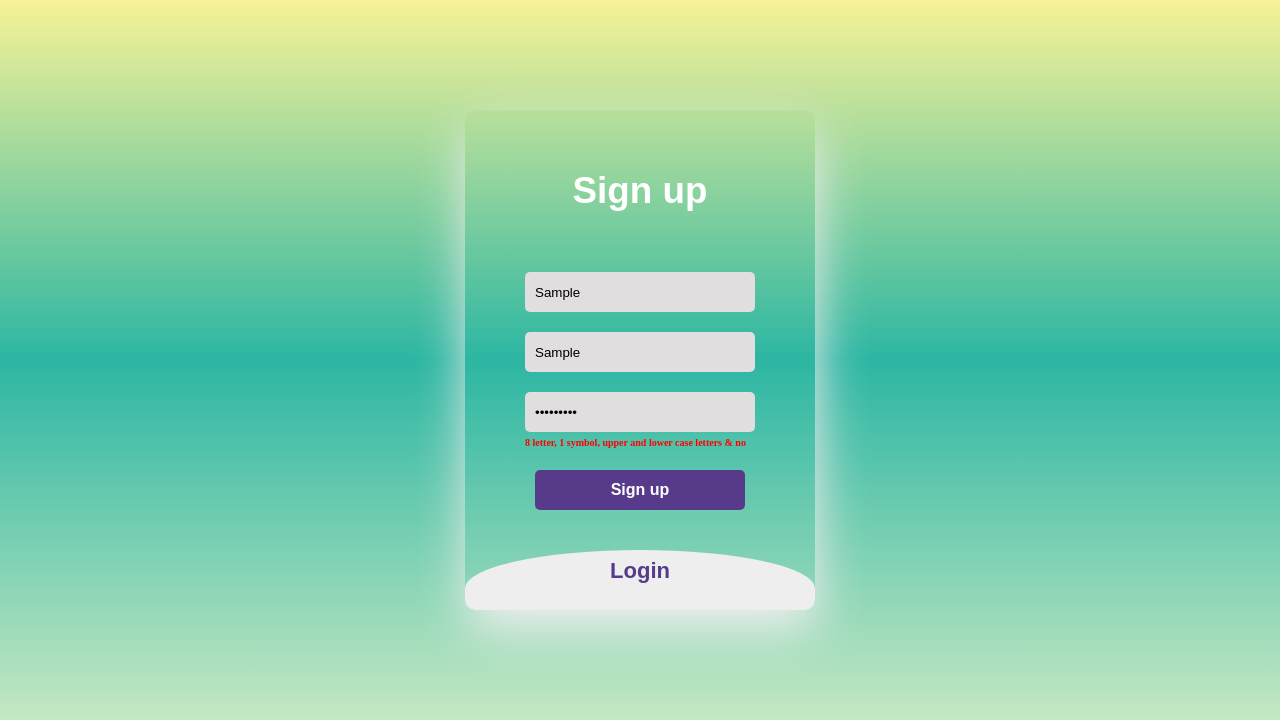
Repository: Puttaz/Kicks
Page: loginForm.html
The author's editor kept a copy of each file at every save. The page is drawn from the files as they stood at one save, then again after the next save.
The browser window is 1280 px wide. The pictures show the whole page.
Empty fields were first filled with sample values (such as "Sample", 5 or name@example.com).
After loading, the first visible `form` was submitted once.

Above is the page before, as saved 2023-04-13 13:45:12.

### loginForm.html
<!DOCTYPE html>
<html>
<head>
	<title>Kicks</title>
  <link rel="stylesheet" href="css/loginForm.css" />
  <!-- Linking jQuery File on a CDN Server with Google CDN -->
  <script src="https://ajax.googleapis.com/ajax/libs/jquery/3.3.1/jquery.min.js"></script>
  <script src="js/loginForm.js"></script>

</head>
<body>
	<div class="main">
		<input type="checkbox" id="check" aria-hidden="true">
			<div class="signup">
				<form onsubmit=" validateSignUpform(this); return false">
					<label for="check" aria-hidden="true">Sign up</label>
					<input type="text" name="userName" id ="userName" placeholder="User name" >
					<input type="text" name="email" id ="emailSign" placeholder="Email">
					<input type="password" name="password" id ="passwordSign" placeholder="Password">
					<button type="submit">Sign up</button>
				</form>
			</div>
			<div class="login">
				<form onsubmit=" validateform(this); return false" action="" method="get">
					<label for="check" aria-hidden="true">Login</label>
					<input type="text" name="email"  id="email" placeholder="Email" >
          <input type="password" name="password" id ="password" placeholder="Password">
					<button type="submit">Login</button>
				</form>
			</div>
	</div>
</body>
</html>

### css/loginForm.css
body{
	margin: 0;
	padding: 0;
	display: flex;
	justify-content: center;
	align-items: center;
	min-height: 100vh;
	font-family: 'Jost', sans-serif;
	background: linear-gradient(to bottom,#f7f297, #2cb6a3, #C4E8C2);
}
.main {
	width: 350px;
	height: 500px;
	overflow: hidden;
	border-radius: 10px;
	box-shadow: 2px 20px 50px #f3efef;
}
#check {
	display: none;
}
.signup {
	position: relative;
	width:100%;
	height: 100%;
}
label{
	color: #fff;
	font-size: 2.3em;
	justify-content: center;
	display: flex;
	margin: 60px;
	font-weight: bold;
	cursor: pointer;
	transition: .5s ease-in-out;
}
input{
	width: 60%;
	height: 20px;
	background: #e0dede;
	justify-content: center;
	display: flex;
	margin: 20px auto;
	padding: 10px;
	border: none;
	outline: none;
	border-radius: 5px;
}
button{
	width: 60%;
	height: 40px;
	margin: 10px auto;
	justify-content: center;
	display: block;
	color: #fff;
	background: #573b8a;
	font-size: 1em;
	font-weight: bold;
	margin-top: 20px;
	outline: none;
	border: none;
	border-radius: 5px;
	transition: .2s ease-in;
	cursor: pointer;
}
button:hover{
	background: #6d44b8;
}
.login{
	height: 460px;
	background: #eee;
	border-radius: 60% / 10%;
	transform: translateY(-180px);
	transition: .8s ease-in-out;
}
.login label{
	color: #573b8a;
	transform: scale(.6);
}

#check:checked ~ .login{
	transform: translateY(-500px);
}
#check:checked ~ .login label{
	transform: scale(1);
}
#check:checked ~ .signup label{
	transform: scale(.6);
}

span{
  font: bold 10px 'Bitter', serif;
  color: red;
  margin: 60px;
}

### js/loginForm.js


function validateSignUpform(){

   // For printing the error messages
  // $(":text").next().text("*");


 $(":password").after("<span></span>");
 // Created different regex for each label
console.log(localStorage);
 var emailCheck = false;
 var passCheck = false;
console.log(emailCheck);
 var userName = $("#userName").val();

 var charPattern = /^[A-Za-z]+$/;
 if (userName == "") {
   document.getElementById("userName").style.margin = "60px 20px 0px 60px";
   $(":text").after("<span></span>");
   $("#userName").next().text(" This field is required.");

 } else if (!charPattern.test(userName)) {
   document.getElementById("userName").style.margin = "60px 20px 0px 60px";
   $(":text").after("<span></span>");
   $("#userName").next().text("Only characters allowed.");

 } else {

 }

 // Email Label
 var emailPattern = /\b[A-Za-z0-9._%+-]+@[A-Za-z0-9.-]+\.[A-Za-z]{2,4}\b/;

 var email = $("#emailSign").val();

//  console.log(email);
 //Checking if field is empty
 if (email == "") {
   document.getElementById("emailSign").style.margin = "20px 60px 0px 60px";
   $("#emailSign").next().text(" This field is required.");
   }
  // Checking if entered email matches the regex pattern
 else if (!emailPattern.test(email)) {
   document.getElementById("emailSign").style.margin = "20px 60px 0px 60px";
   $("#emailSign").next().text(" Must be a valid email address.");

 } else
 {
     emailCheck = true;
 }

 var passwordPattern = /^(?=.*\d)(?=.*[!@#$%^&*])(?=.*[a-z])(?=.*[A-Z]).{8,}$/;

 var password = $("#passwordSign").val();

 if (password == "") {
   document.getElementById("passwordSign").style.margin = "20px 60px 0px 60px";
   $("#passwordSign").next().text(" This field is required.");

 }
  // Checking if entered email matches the regex pattern
 else if (!passwordPattern.test(password)) {

   document.getElementById("passwordSign").style.margin = "20px 60px 0px 60px";
   $("#passwordSign").next().text("8 letter, 1 symbol, upper and lower case letters & no");

 } else
 {
       passCheck = true;
 }


    if(emailCheck == true && passCheck == true)
    {
    localStorage.setItem(email, password);
    console.log(localStorage);
    location.replace("index.html");
    }

}

function validateform() {


// var keys = ["one", "two", "three"];
// var values = [1, 2, 3];

// var map = new Map();

 // Loop to insert key & value in this object one by one

//  for(var i = 0; i < keys.length; i++){
//     map.set(keys[i], values[i]);
// }

// map.set("user",2);
// console.log(map);

// console.log(map.get('one'));

  // For printing the error messages
  // $(":text").next().text("*");
  // $(":text").after("<span>*</span>");
  $(":password").after("<span></span>");
  // Created different regex for each label

  var email = $("#email").val();
  var password = $("#password").val();


  if(password == localStorage.getItem(email)){
    console.log("yes");
    location.replace("index.html");
  }
  else{
    $("#password").next().text("Invalid email or password.");
  }





}

After the next save:
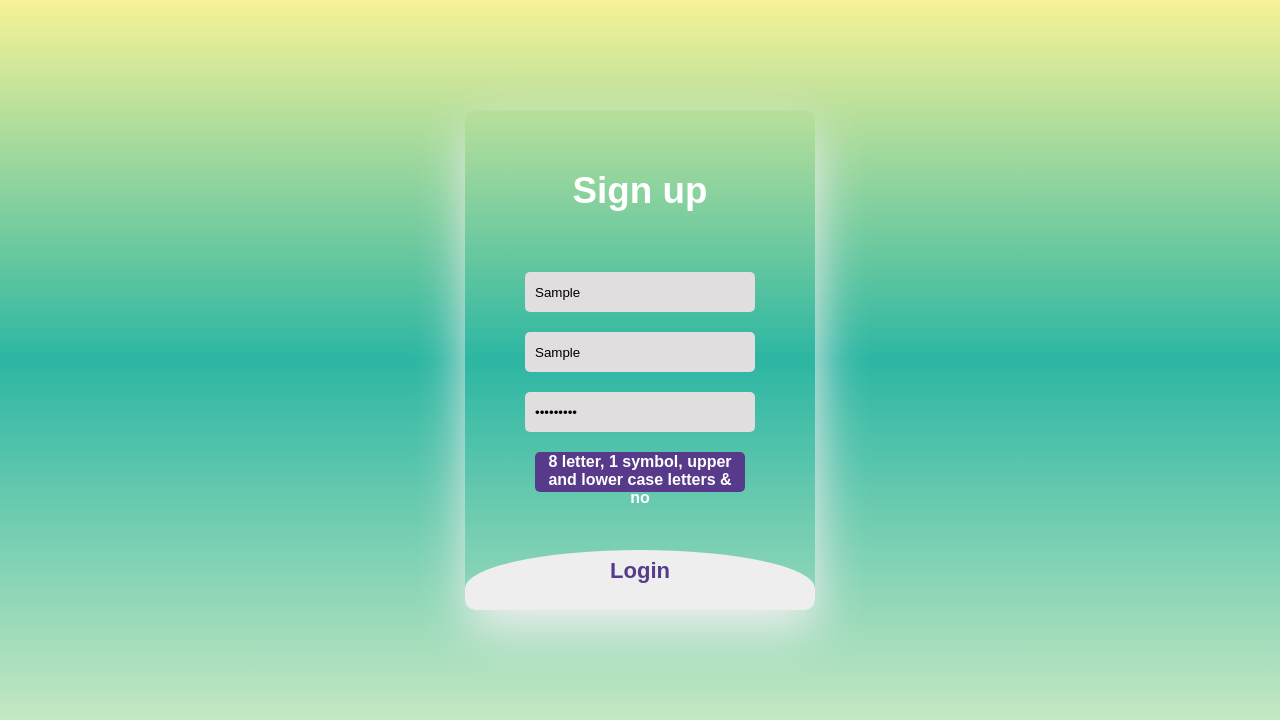
Saved 43 s later.
--- a/js/loginForm.js
+++ b/js/loginForm.js
@@ -6,7 +6,7 @@
   // $(":text").next().text("*");
 
 
- $(":password").after("<span></span>");
+
  // Created different regex for each label
 console.log(localStorage);
  var emailCheck = false;
@@ -56,6 +56,7 @@
 
  if (password == "") {
    document.getElementById("passwordSign").style.margin = "20px 60px 0px 60px";
+   $(":password").after("<span></span>");
    $("#passwordSign").next().text(" This field is required.");
 
  }
